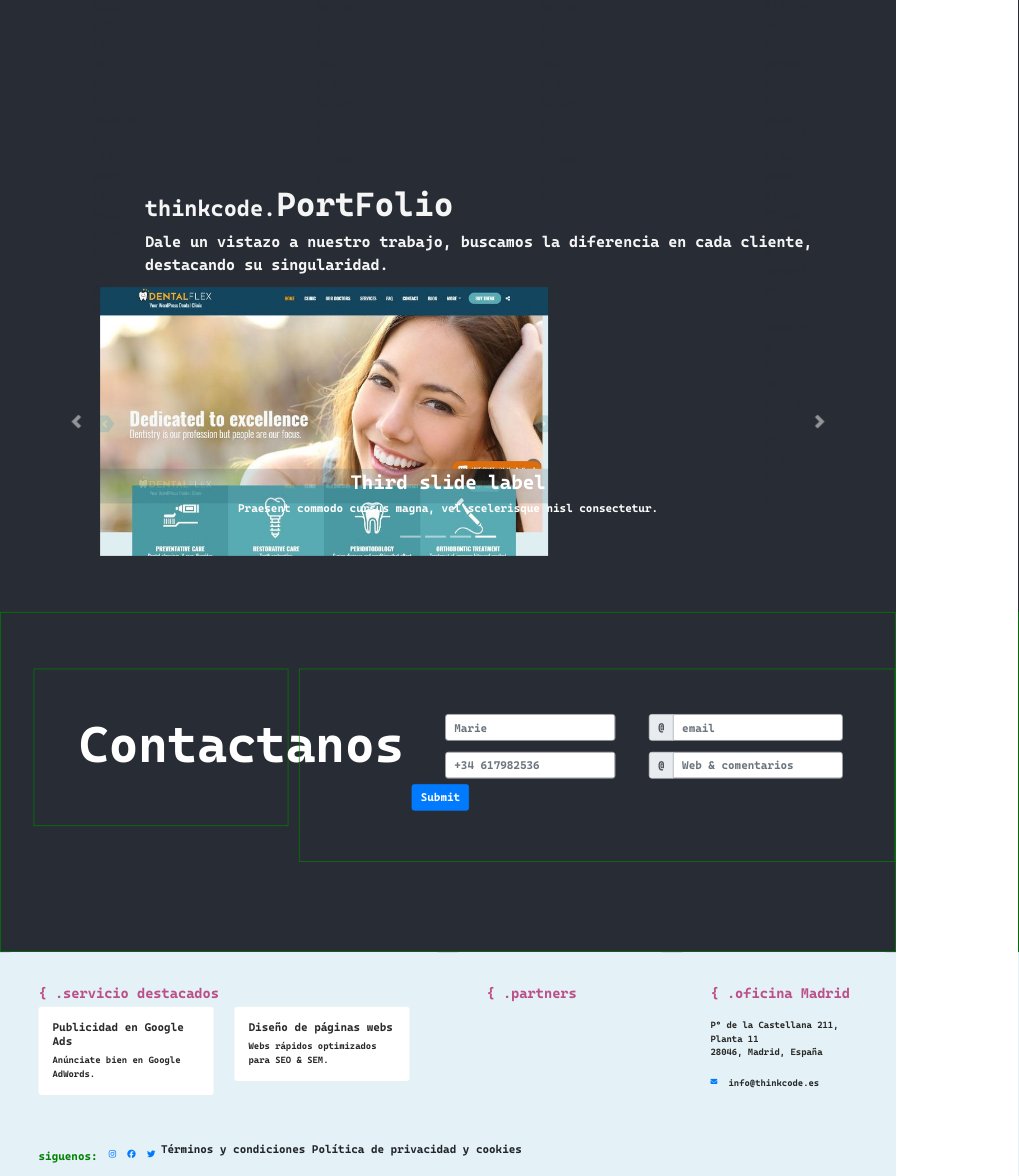
Repository: banchiec/thinkcode
Page: /
These files come from the project's save history. The page is drawn as it stood at one moment and after the next save; the edit follows.
The browser window is 1280 px wide. The page is 1455 px wide, so the pictures cover 1455 px, including what lies to the right of the window. The pictures show the part of the page from y = 1973 to 3653 px (the page is 3653 px tall), at 70% of full size.
Some web libraries are served in a nearby version. The project was rebuilt for these pictures with package versions that can differ from the ones it lists, and the page was loaded fresh each time. Also part of the build but not shown: src/components/MenuItems.js, src/components/Dropdownthink.css, src/components/Dropdownthink.js, src/components/pages/Consulting.js, src/components/pages/ContactUs.js, src/components/pages/Marketing.js, src/components/pages/Products.js, src/components/pages/Services.js and 1 more. Imported but missing from the stored project, and not drawn on this page: src/components/sliderInfo/SliderInfo.

Above is the page before, as saved 2020-11-30 15:11:04.

After the next save:
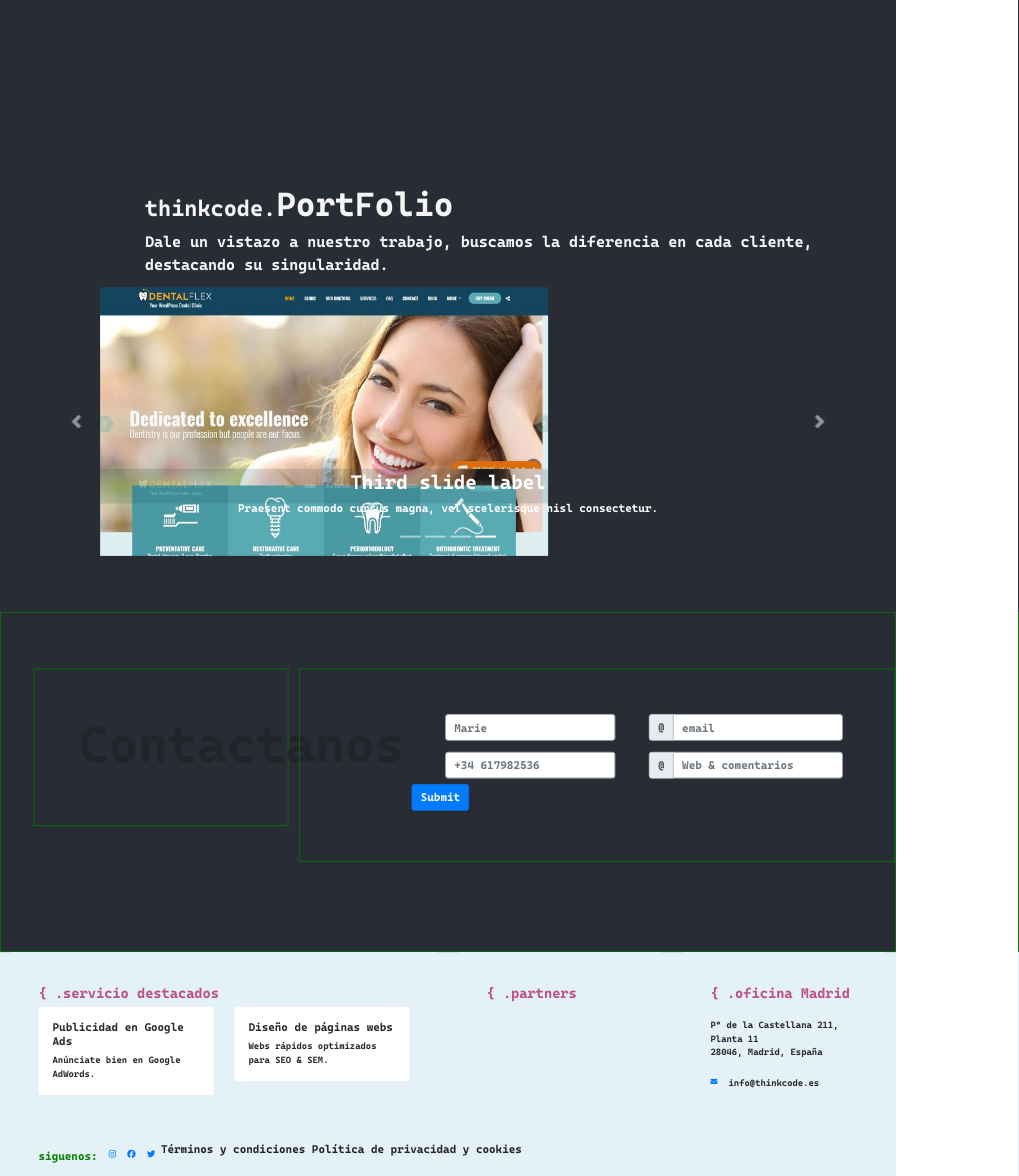
Saved 15 s later.
--- a/src/components/forms/FormContact.js
+++ b/src/components/forms/FormContact.js
@@ -8,7 +8,7 @@ export default function FormContact() {
             <Container fluid >
                 <Row>
                     <Col lg ={4} md={4}>
-                        <div className="text-contactanos text-white">
+                        <div className="text-contactanos ">
                            <h1 className= "display-3">Contactanos</h1>
                         </div>
                     </Col>
